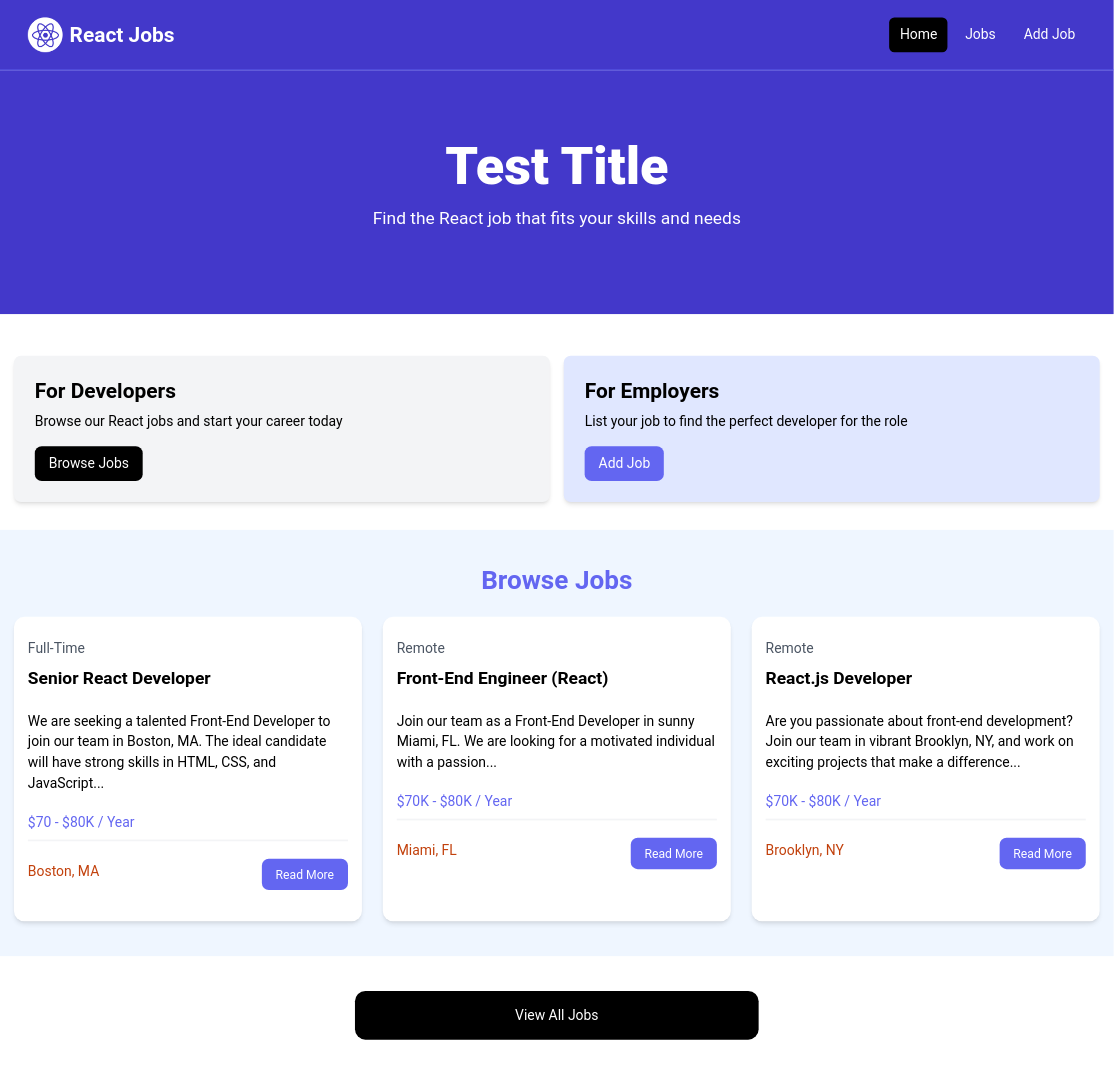
Repository: Geohot-2020/React_setup
Page: / (app in react-crash-2024/)
These files come from the project's save history. The page is drawn as it stood at one moment and after a run of saves; the edit follows.
The browser window is 1280 px wide. The pictures show the whole page, at 87% of full size.
The project was rebuilt for these pictures with package versions that can differ from the ones it lists, and the page was loaded fresh each time. Also part of the build but not shown: react-crash-2024/vite.config.js.

Above is the page before, as saved 2024-11-13 15:22:19.

After the next 2 saves:
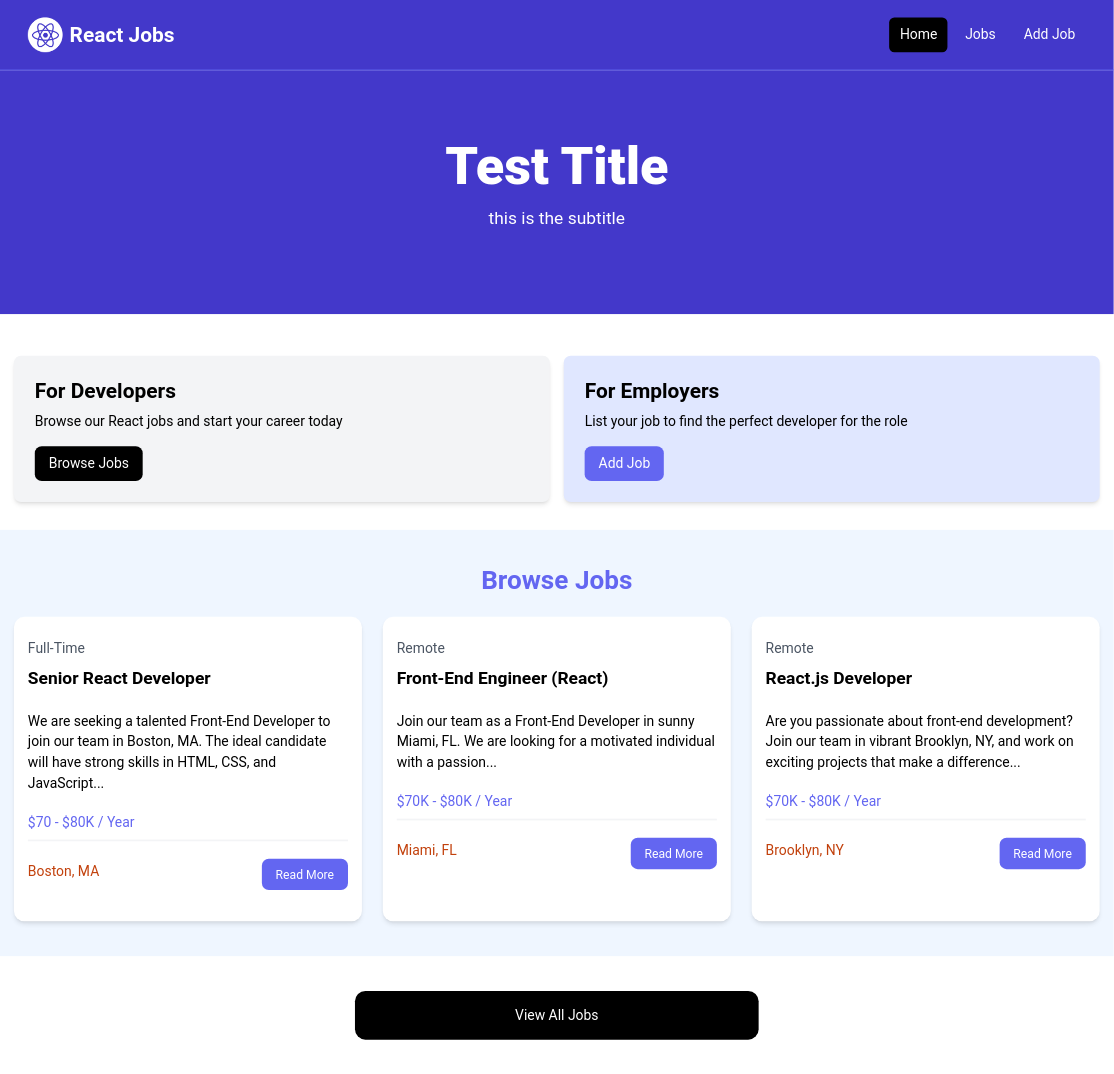
The 2 saves are shown as one change because 1 did not build or start.
The last was saved 12 s later.
--- a/react-crash-2024/src/components/Hero.jsx
+++ b/react-crash-2024/src/components/Hero.jsx
@@ -13,7 +13,7 @@ const Hero = (props) => {
                         {props.title}
                     </h1>
                     <p className="my-4 text-xl text-white">
-                        Find the React job that fits your skills and needs
+                        {props.subtitle}
                     </p>
                 </div>
             </div>
